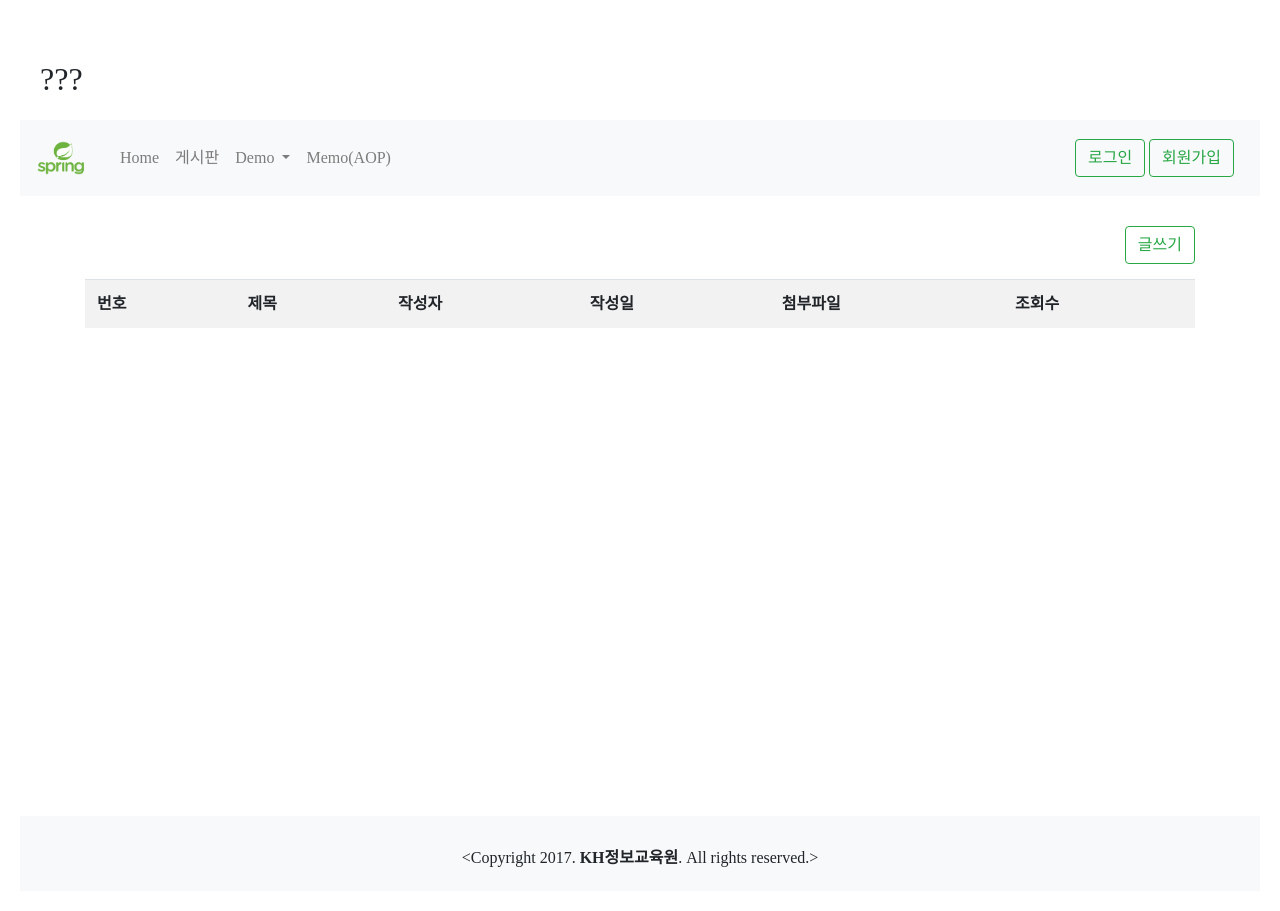
Repository: jsungl/SPRING-WORKSPACE
Page: http://localhost/hello-spring/WEB-INF/views/board/boardList.jsp
The author's editor kept a copy of each file at every save. The page is drawn from the files as they stood at one save, then again after the next save.
The browser window is 1280 px wide. The pictures show the whole page.
The page is served by Tomcat 9. Nobody is signed in. The template is opened directly, without the code that normally fills it, so the values that code supplies are empty.

Above is the page before, as saved 2021-05-27 11:08:20.

After the next save:
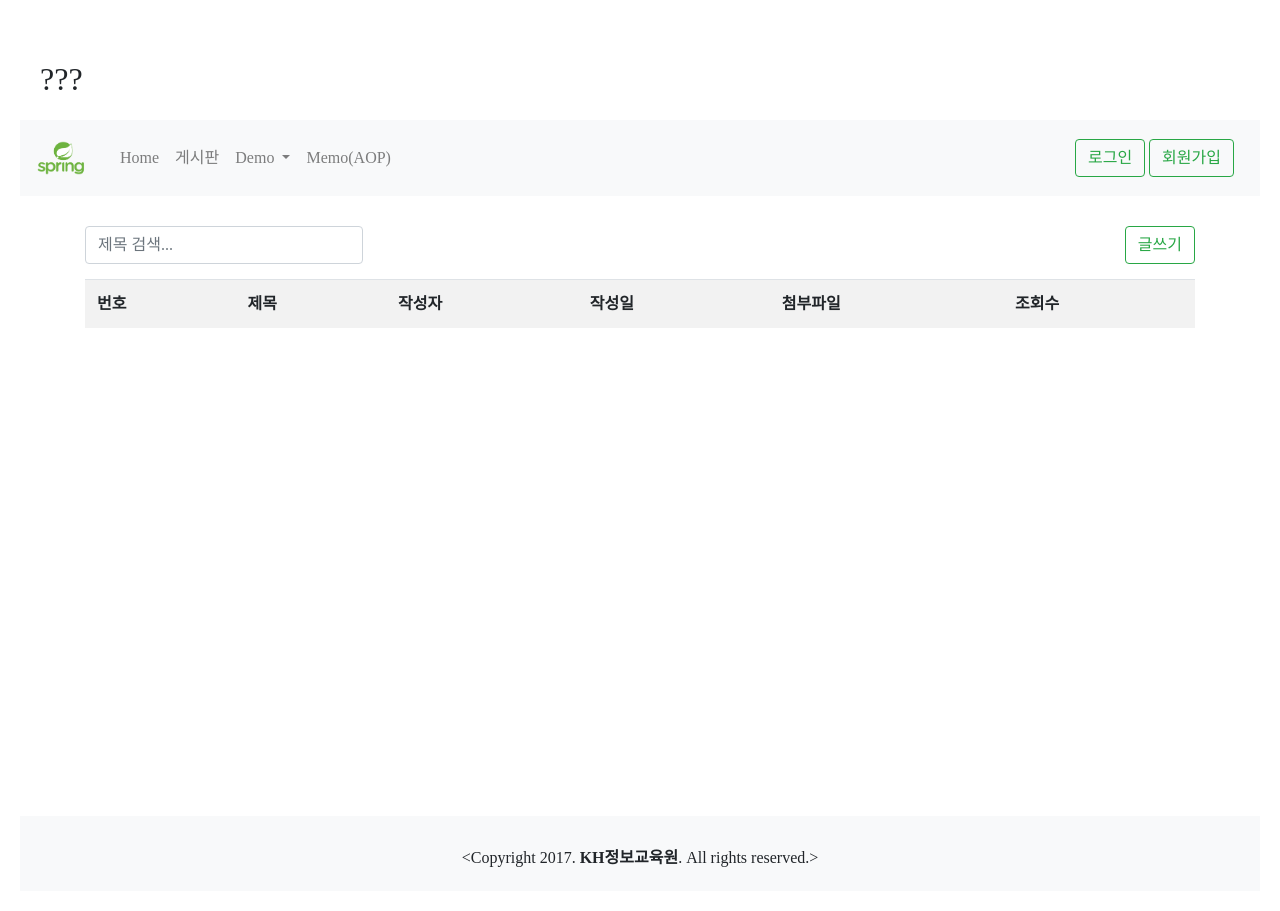
Saved 5 min 4 s later.
--- a/hello-spring/src/main/webapp/WEB-INF/views/board/boardList.jsp
+++ b/hello-spring/src/main/webapp/WEB-INF/views/board/boardList.jsp
@@ -30,6 +30,7 @@ $(() => {
 });
 </script>
 <section id="board-container" class="container">
+	<input type="search" placeholder="제목 검색..." id="searchTitle" class="form-control col-sm-3 d-inline"/>
 	<input type="button" value="글쓰기" id="btn-add" class="btn btn-outline-success" onclick="goBoardForm();"/>
 	<table id="tbl-board" class="table table-striped table-hover">
 		<tr>
